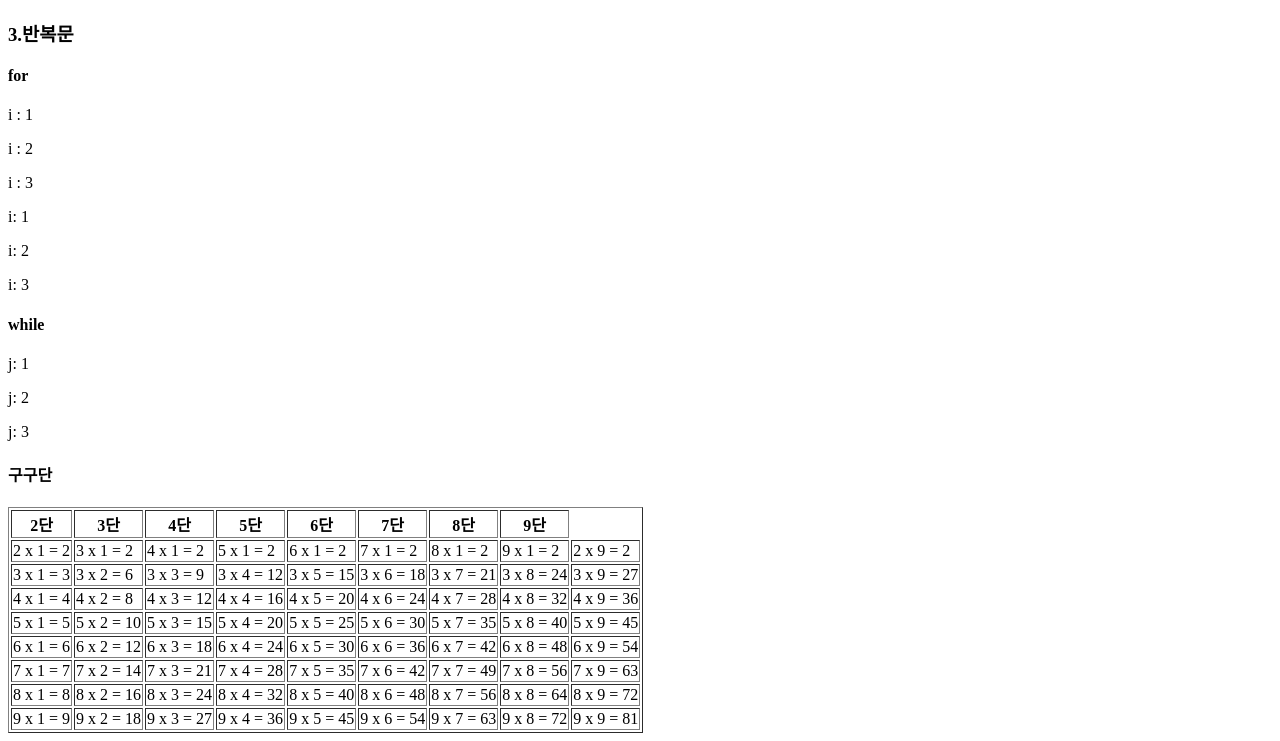
Repository: yun-setenforce/JSP
Page: http://localhost/Ch02/3_loop.jsp
The author's editor kept a copy of each file at every save. The page is drawn from the files as they stood at one save, then again after the next save.
The browser window is 1280 px wide. The pictures show the whole page.
The page is served by Tomcat 9. Other server files are loaded and not shown.

Above is the page before, as saved 2023-07-24 02:31:00.

### Ch02/src/main/webapp/3_loop.jsp
<%@ page contentType="text/html;charset=UTF-8" pageEncoding="UTF-8"%>
<!DOCTYPE html>
<html>
	<head>
		<meta charset="UTF-8">
		<title>3_loop</title>
		<%--
			날짜 : 2023/07/24
			이름 : 정채윤
			내용 : JSP 스크립트릿 반복문 실습하기
		--%>
	</head>
	<body>
		<h3>3.반복문</h3>

		<h4>for</h4>
		<%
			for(int i=1; i<=3; i++){
				out.print("<p>i : " + i + "</p>");
			}
		%>

		<% for(int i=1; i<=3;i++){ %>
			<p>i: <%=i %></p>
		<% } %>

		<h4>while</h4>
		<%
			int j = 1;
			while(j<=3){
		%>
			<p>j: <%=j %></p>
		<%
				j++;
			}
		%>

		<h4>구구단</h4>
		<table border="1">
			<tr>
				<th>2단</th>
				<th>3단</th>
				<th>4단</th>
				<th>5단</th>
				<th>6단</th>
				<th>7단</th>
				<th>8단</th>
				<th>9단</th>
			</tr>
			<tr>
				<td>2 x 1 = 2</td>
				<td>3 x 1 = 2</td>
				<td>4 x 1 = 2</td>
				<td>5 x 1 = 2</td>
				<td>6 x 1 = 2</td>
				<td>7 x 1 = 2</td>
				<td>8 x 1 = 2</td>
				<td>9 x 1 = 2</td>
				<td>2 x 9 = 2</td>
			</tr>
			<%
			for(int a=3;a<10;a++){
			%>
			<tr>
			<%
				for(int b=1; b<10; b++){
			%>
				<td><%=a %> x <%=b %> = <%=a*b %> </td>
			<%
				}
			%>
			</tr>
			<%
			}
			%>
		</table>
	</body>
</html>

After the next save:
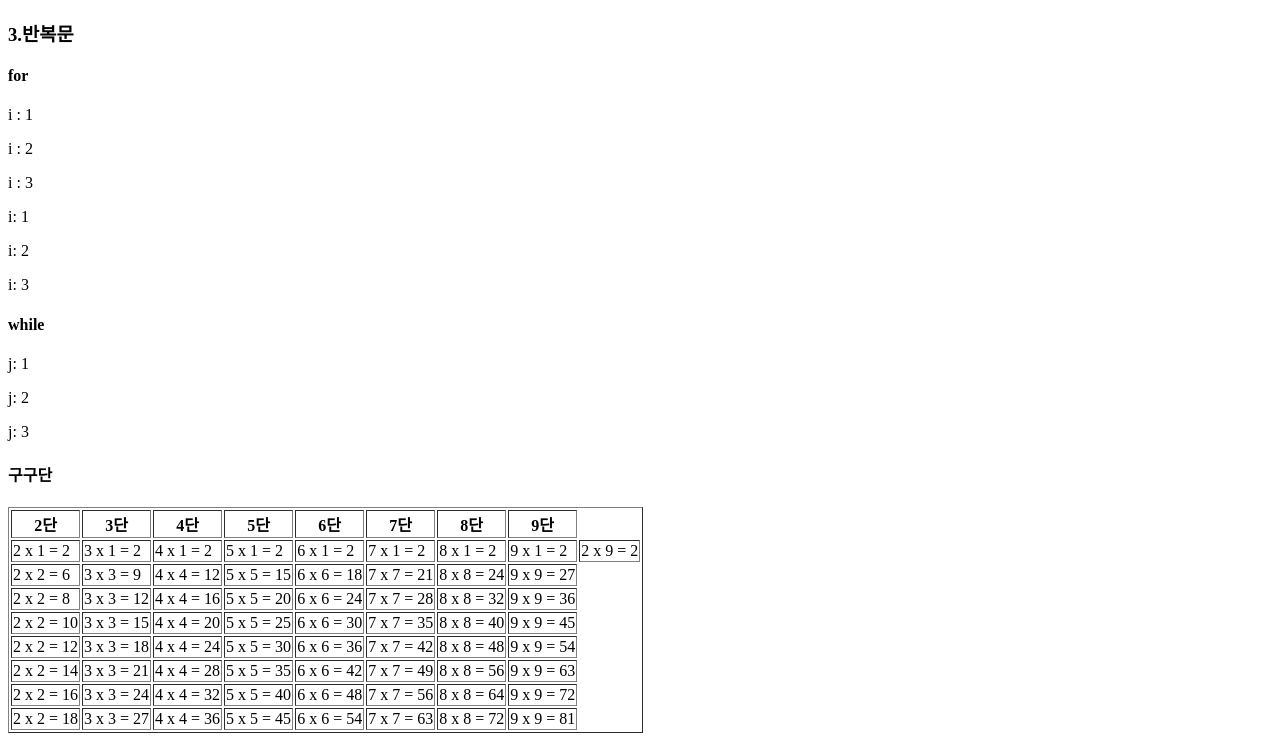
Saved 14 s later.
--- a/Ch02/src/main/webapp/3_loop.jsp
+++ b/Ch02/src/main/webapp/3_loop.jsp
@@ -63,9 +63,9 @@
 			%>
 			<tr>
 			<%
-				for(int b=1; b<10; b++){
+				for(int b=2; b<10; b++){
 			%>
-				<td><%=a %> x <%=b %> = <%=a*b %> </td>
+				<td><%=b %> x <%=b %> = <%=a*b %> </td>
 			<%
 				}
 			%>
